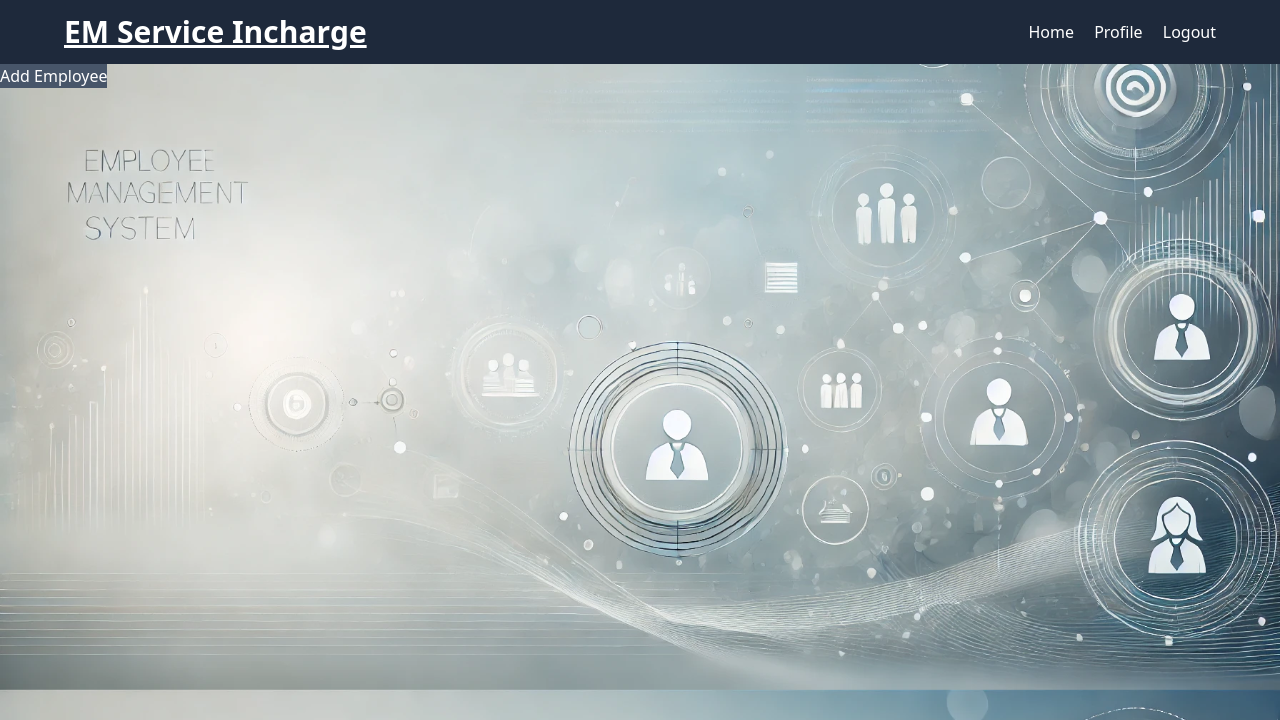
Repository: Vaibhav979/EmployeeManagement-Spring
Page: / (app in em-project-view/)
The author's editor kept a copy of each file at every save. The page is drawn from the files as they stood at one save, then again after a run of saves.
The browser window is 1280 px wide. The pictures show the whole page.
The project was rebuilt for these pictures with package versions that can differ from the ones it lists, and the page was loaded fresh each time. Also part of the build but not shown: em-project-view/vite.config.js.

Above is the page before, as saved 2025-01-02 22:39:31.

### em-project-view/src/App.jsx
import { useState } from "react";
import "./App.css";

function App() {
  return (
    <>
      <div className="bg-slate-800 flex h-16 px-16 items-center">
        <h1 className="text-3xl font-bold underline">EM Service Incharge</h1>
        <div className="space-x-4 ml-auto">
          <a className="hover:text-blue-400" href="/">
            {" "}
            Home{" "}
          </a>
          <a className="hover:text-blue-400" href="/">
            {" "}
            Profile{" "}
          </a>
          <a className="hover:text-blue-400" href="/">
            {" "}
            Logout
          </a>
        </div>
      </div>

      <div>
        <button className="bg-slate-600 hover:bg-blue-700 mx">Add Employee</button>
      </div>
    </>
  );
}

export default App;

### em-project-view/src/App.css
/* #root {
  max-width: 1280px;
  margin: 0 auto;
  padding: 2rem;
  text-align: center;
} */

.App {
  text-align: left;
}

body {
  background-image: url(./assets/image.png);
  background-size: cover;
  background-position: center;
  color: #ffffff;
  height: 90vh;
}

Loaded but not shown: em-project-view/index.html (common file); em-project-view/src/main.jsx (common file); em-project-view/src/index.css (common file); em-project-view/tailwind.config.js (common file)

After the next 2 saves:
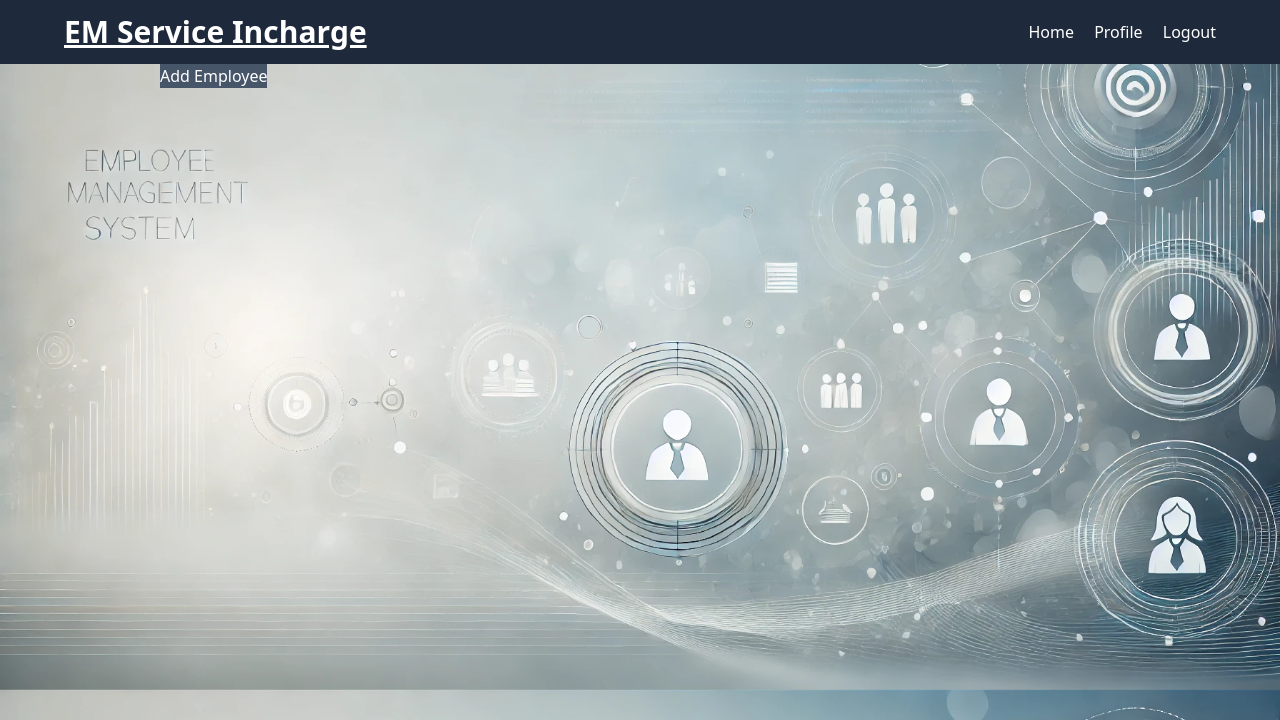
The 2 saves are shown as one change because they came seconds apart.
The last was saved 13 s later.
--- a/em-project-view/src/App.jsx
+++ b/em-project-view/src/App.jsx
@@ -23,7 +23,7 @@ function App() {
       </div>
 
       <div>
-        <button className="bg-slate-600 hover:bg-blue-700 mx">Add Employee</button>
+        <button className="bg-slate-600 hover:bg-blue-700 mx-40 py">Add Employee</button>
       </div>
     </>
   );
